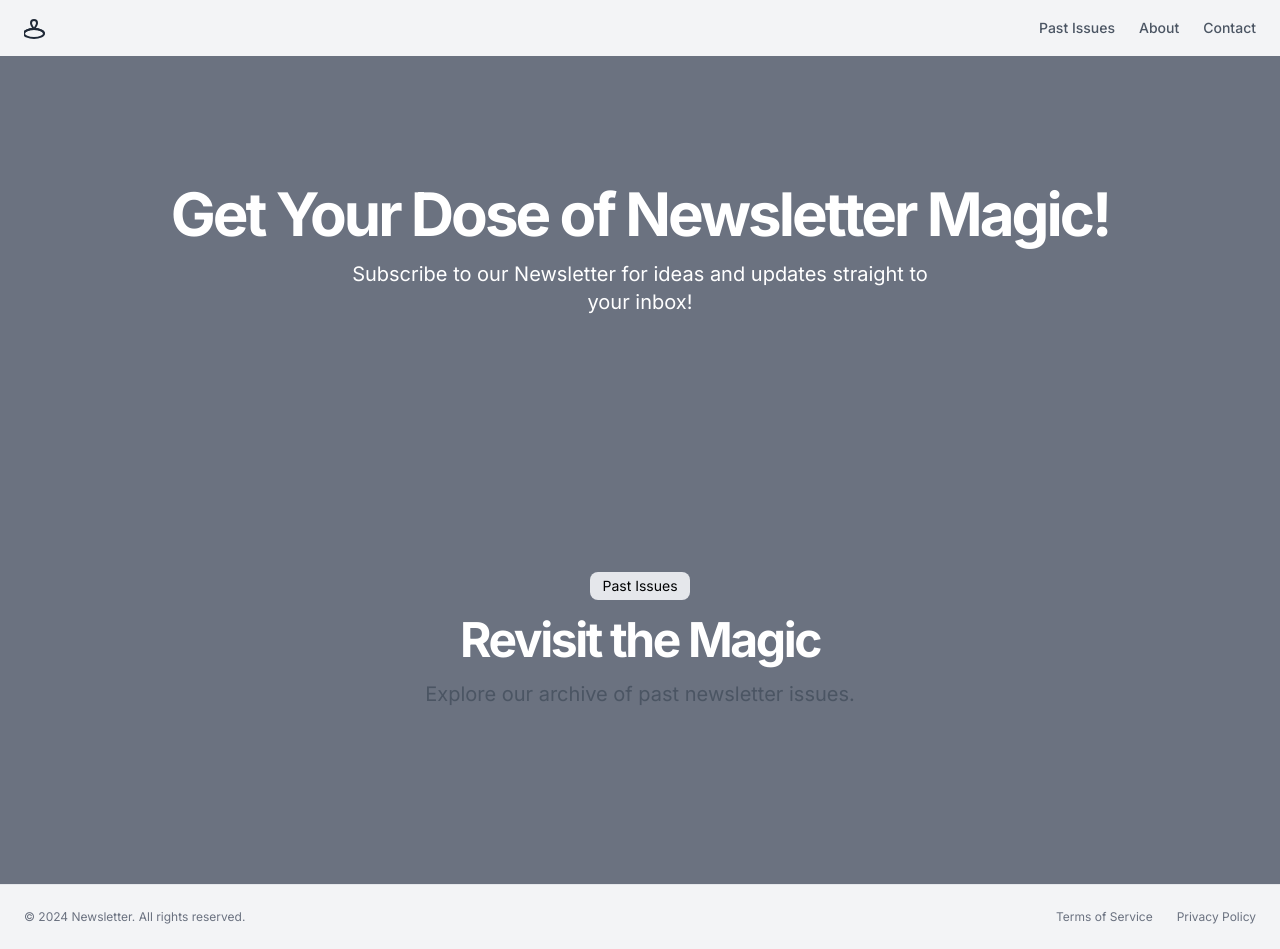
Repository: djdjdallas/unicorn-poop-newsletter
Page: /
The author's editor kept a copy of each file at every save. The page is drawn from the files as they stood at one save, then again after the next save.
The browser window is 1280 px wide. The pictures show the whole page.
The page's requests for data from a server got no answer. The project was rebuilt for these pictures with package versions that can differ from the ones it lists, and the page was loaded fresh each time. The framework's server and built-in components were replaced by stand-ins that run in the browser. No one was signed in, and anything a server would have sent is missing. Also part of the build but not shown: next.config.mjs, src/lib/utils.js, src/components/ui/input.jsx, src/components/ui/button.jsx, src/components/ui/card.jsx.

Above is the page before, as saved 2024-08-10 11:08:35.

After the next save:
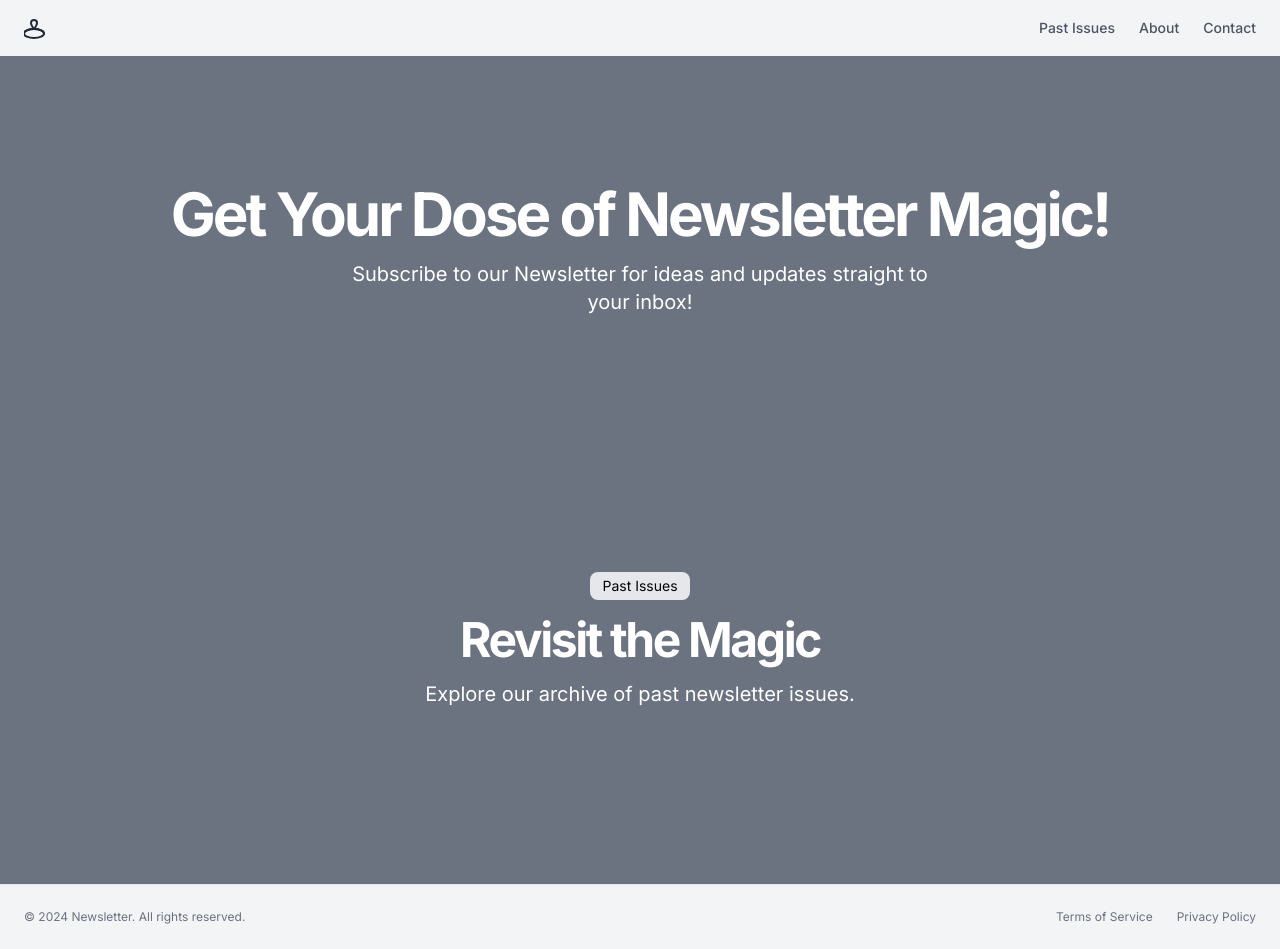
Saved 31 s later.
--- a/src/app/page.js
+++ b/src/app/page.js
@@ -136,7 +136,7 @@ export default async function Home() {
               <h2 className="text-3xl font-bold tracking-tighter sm:text-4xl md:text-5xl text-white">
                 Revisit the Magic
               </h2>
-              <p className="max-w-[700px] text-gray-600 md:text-xl">
+              <p className="max-w-[700px] text-white md:text-xl">
                 Explore our archive of past newsletter issues.
               </p>
             </div>
